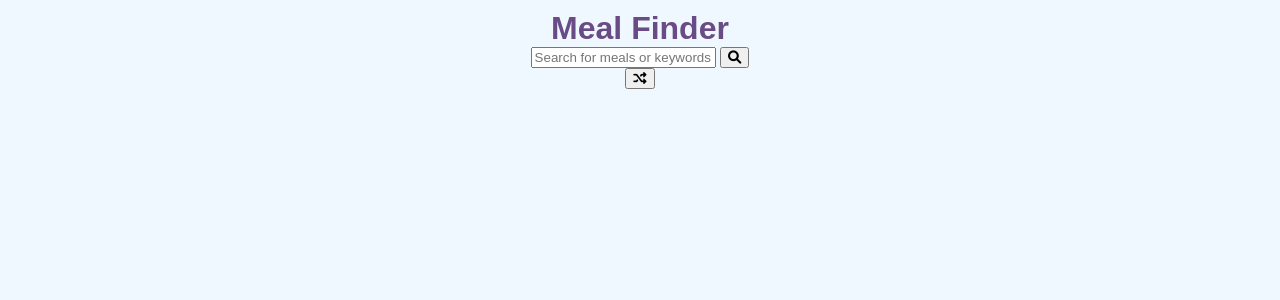
Repository: AbrorjonKuchkarov/search-meal
Page: index.html
An editor plug-in stored every save of this project. The page is shown before and after the next save, followed by the edit.
The browser window is 1280 px wide. The pictures show the whole page.

Above is the page before, as saved 2022-02-24 23:15:23.

After the next save:
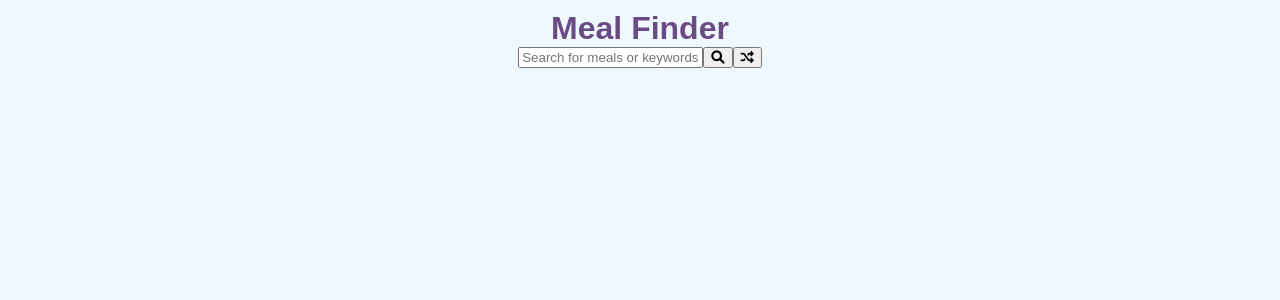
Saved 41 s later.
--- a/style.css
+++ b/style.css
@@ -19,3 +19,7 @@ body{
    justify-content: center;
    text-align: center;
 }
+
+.flex{
+   display: flex;
+}
